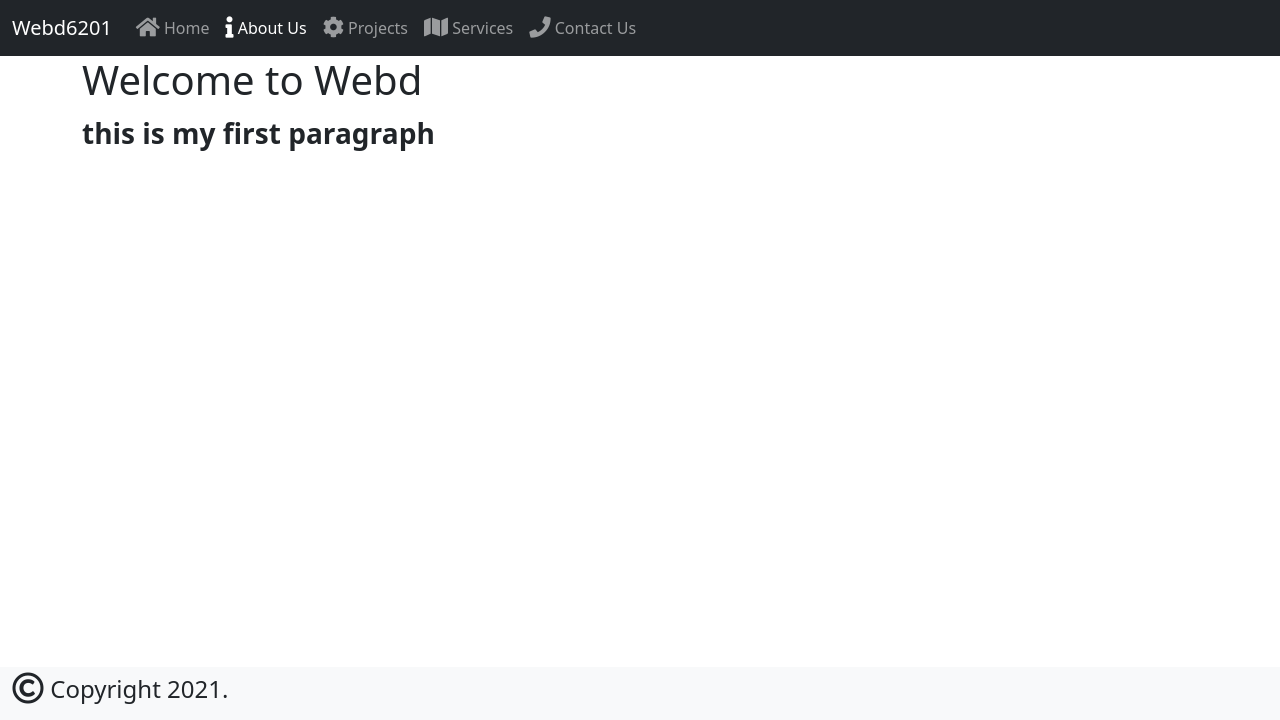
Repository: MuzhdaEhsan/WEBD6201-W2021-ICE1
Page: WEBD6201-W2021-ICE1/about.html
An editor plug-in stored every save of this project. The page is shown before and after the next save, followed by the edit.
The browser window is 1280 px wide. The pictures show the whole page.

Above is the page before, as saved 2021-01-22 01:10:12.

After the next save:
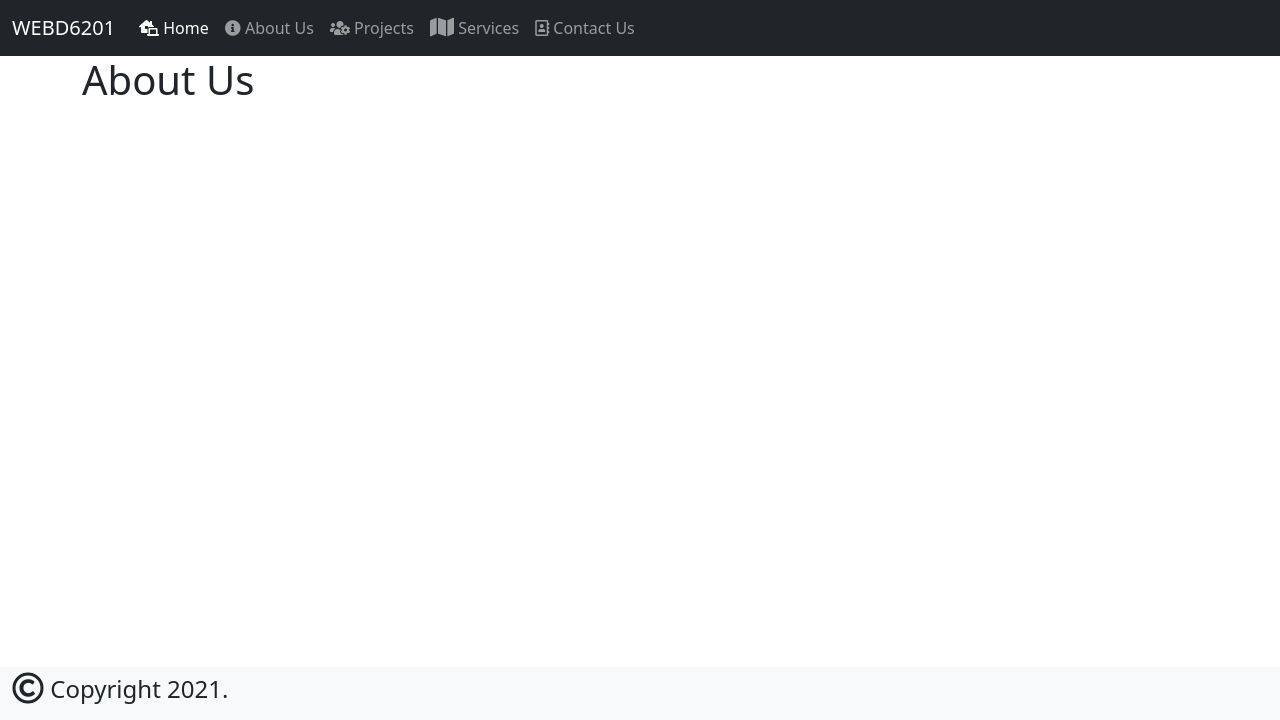
Console error: TypeError: Cannot set properties of null (setting 'textContent')
Saved 60 s later.
--- a/WEBD6201-W2021-ICE1/about.html
+++ b/WEBD6201-W2021-ICE1/about.html
@@ -10,25 +10,27 @@
     <link rel="stylesheet" href="./Content/app.css">
 </head>
 <body>
+    <!-- Main Header -->
     <header>
+        <!-- Main Navigation -->
         <nav class="navbar navbar-expand-lg navbar-dark bg-dark">
             <div class="container-fluid">
-              <a class="navbar-brand" href="index.html">Webd6201</a>
+              <a class="navbar-brand" href="index.html">WEBD6201</a>
               <button class="navbar-toggler" type="button" data-bs-toggle="collapse" data-bs-target="#navbarSupportedContent" aria-controls="navbarSupportedContent" aria-expanded="false" aria-label="Toggle navigation">
                 <span class="navbar-toggler-icon"></span>
               </button>
               <div class="collapse navbar-collapse" id="navbarSupportedContent">
                 <ul class="navbar-nav me-auto mb-2 mb-lg-0">
                   <li class="nav-item">
-                    <a class="nav-link" aria-current="page" href="index.html"><i class="fas fa-home fa-lg"></i> Home</a>
+                    <a class="nav-link active" aria-current="page" href="index.html"><i class="fas fa-laptop-house"></i> Home</a>
                   </li>
 
                   <li class="nav-item">
-                    <a class="nav-link active" aria-current="page" href="about.html"><i class="fas fa-info fa-lg"></i> About Us</a>
+                    <a class="nav-link" aria-current="page" href="about.html"><i class="fas fa-info-circle"></i> About Us</a>
                   </li>
 
                   <li class="nav-item">
-                    <a class="nav-link" aria-current="page" href="projects.html"><i class="fas fa-cog fa-lg"></i> Projects</a>
+                    <a class="nav-link" aria-current="page" href="projects.html"><i class="fas fa-users-cog"></i> Projects</a>
                   </li>
 
                   <li class="nav-item">
@@ -36,7 +38,7 @@
                   </li>
 
                   <li class="nav-item">
-                    <a class="nav-link" aria-current="page" href="contactus.html"><i class="fas fa-phone fa-lg"></i> Contact Us</a>
+                    <a class="nav-link" aria-current="page" href="contact.html"><i class="far fa-address-book"></i> Contact Us</a>
                   </li>
                 </ul>
               </div>
@@ -44,13 +46,12 @@
           </nav>
     </header>
 
-    <!--main contents-->
+    <!-- Main Content -->
     <main class="container">
         <h1>About Us</h1>
-        <p id="paragraphOne"></p>
     </main>
 
-    <!--main footer-->
+    <!-- Main Footer -->
     <footer>
         <nav class="navbar fixed-bottom navbar-light bg-light">
             <div class="container-fluid">
